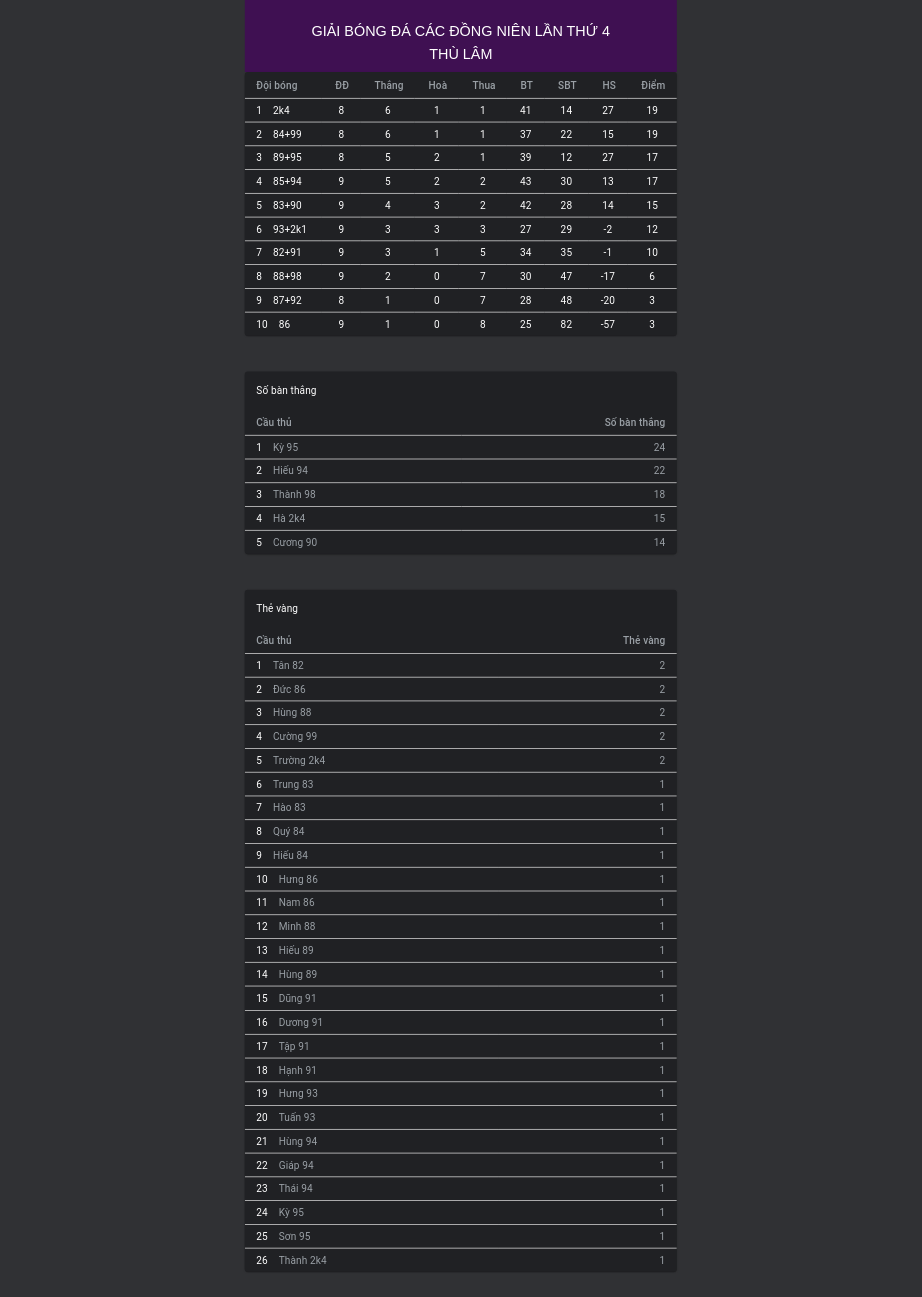
Repository: tuan842001/thulam
Page: /
An editor plug-in stored every save of this project. The page is shown before and after the next save, followed by the edit.
The browser window is 1280 px wide. The pictures show the whole page, at 72% of full size.
The project was rebuilt for these pictures with package versions that can differ from the ones it lists, and the page was loaded fresh each time.

Above is the page before, as saved 2022-01-11 15:51:01.

### public/index.html
<!DOCTYPE html>
<html lang="en">
  <head>
    <meta charset="utf-8" />
    <link rel="icon" href="%PUBLIC_URL%/favicon.ico" />
    <meta name="viewport" content="width=device-width, initial-scale=1" />
    <meta name="theme-color" content="#000000" />
    <meta
      name="description"
      content="Web site created using create-react-app"
    />

    <link href="https://cdn.jsdelivr.net/npm/bootstrap@5.1.3/dist/css/bootstrap.min.css" rel="stylesheet" integrity="sha384-1BmE4kWBq78iYhFldvKuhfTAU6auU8tT94WrHftjDbrCEXSU1oBoqyl2QvZ6jIW3" crossorigin="anonymous">
<script src="https://cdn.jsdelivr.net/npm/bootstrap@5.1.3/dist/js/bootstrap.bundle.min.js" integrity="sha384-ka7Sk0Gln4gmtz2MlQnikT1wXgYsOg+OMhuP+IlRH9sENBO0LRn5q+8nbTov4+1p" crossorigin="anonymous"></script>
    <title>GIẢI BÓNG ĐÁ CÁC ĐỒNG NIÊN THÙ LÂM</title>
  </head>
  <body>
    <noscript>You need to enable JavaScript to run this app.</noscript>
    <div id="root"></div>

  </body>
</html>

### src/App.js
import "./App.css";
import { Header } from "./components/header/Header";
import Card from "./pages/card/Card";
import Statistical from "./pages/statistical/Statistical";
import UserList from "./pages/userList/UserList";

function App() {
  return (
    <div className="App" style={{ height: "102%" }}>
      <Header />
      <UserList />
      <Statistical />
      <Card />
    </div>
  );
}

export default App;

### src/App.css
body {
  margin: 0;
  font-family: 'Montserrat', sans-serif;
  background-color: #303134;
  display: flex;
  justify-content: center;
}

* {
  margin: 0;
}

@media screen and (max-width: 480px) {
  body {
    justify-content: normal;
  }
}

### src/components/header/Header.jsx
import * as React from "react";
import "./header.css";

export const Header = () => {
  return (
    <div className="header">
      <h4>GIẢI BÓNG ĐÁ CÁC ĐỒNG NIÊN LẦN THỨ 4</h4>
      <h3>THÙ LÂM</h3>
    </div>
  );
};

### src/pages/card/Card.jsx
import * as React from "react";
import Table from "@mui/material/Table";
import TableBody from "@mui/material/TableBody";
import TableCell from "@mui/material/TableCell";
import TableContainer from "@mui/material/TableContainer";
import TableHead from "@mui/material/TableHead";
import TableRow from "@mui/material/TableRow";
import Paper from "@mui/material/Paper";

function createData(order, name, goal) {
  return {
    order,
    name,
    goal,
  };
}

const rows = [
  createData(1, "Tân 82", 2),
  createData(2, "Đức 86", 2),
  createData(3, "Hùng 88", 2),
  createData(4, "Cường 99", 2),
  createData(5, "Trường 2k4", 2),
  createData(6, "Trung 83", 1),
  createData(7, "Hào 83", 1),
  createData(8, "Quý 84", 1),
  createData(9, "Hiếu 84", 1),
  createData(10, "Hưng 86", 1),
  createData(11, "Nam 86", 1),
  createData(12, "Minh 88", 1),
  createData(13, "Hiếu 89", 1),
  createData(14, "Hùng 89", 1),
  createData(15, "Dũng 91", 1),
  createData(16, "Dương 91", 1),
  createData(17, "Tập 91", 1),
  createData(18, "Hạnh 91", 1),
  createData(19, "Hưng 93", 1),
  createData(20, "Tuấn 93", 1),
  createData(21, "Hùng 94", 1),
  createData(22, "Giáp 94", 1),
  createData(23, "Thái 94", 1),
  createData(24, "Kỳ 95", 1),
  createData(25, "Sơn 95", 1),
  createData(26, "Thành 2k4", 1),
];

export default function Card() {
  return (
    <TableContainer
      component={Paper}
      style={{ backgroundColor: "#202124", color: "#FFFF", marginTop: "50px" }}
    >
      <TableCell style={{ color: "#FFFF", borderBottom: "none" }} align="right">
        Thẻ vàng
      </TableCell>
      <Table sx={{ minWidth: 600 }} size="small" aria-label="a dense table">
        <TableHead>
          <TableRow>
            <TableCell style={{ color: "#9aa0a6" }}>Cầu thủ</TableCell>
            <TableCell style={{ color: "#9aa0a6" }} align="right">
              Thẻ vàng
            </TableCell>
          </TableRow>
        </TableHead>
        <TableBody>
          {rows.map((row) => (
            <TableRow
              key={row.name}
              sx={{ "&:last-child td, &:last-child th": { border: 0 } }}
            >
              <TableCell
                component="th"
                scope="row"
                style={{ color: "#9aa0a6" }}
              >
                <span
                  style={{
                    color: "#fff",
                    marginRight: "15px",
                    textAlign: "center",
                  }}
                  align="center"
                >
                  {row.order}
                </span>
                {row.name}
              </TableCell>
              <TableCell style={{ color: "#9aa0a6" }} align="right">
                {row.goal}
              </TableCell>
            </TableRow>
          ))}
        </TableBody>
      </Table>
    </TableContainer>
  );
}

### src/pages/statistical/Statistical.jsx
import * as React from "react";
import Table from "@mui/material/Table";
import TableBody from "@mui/material/TableBody";
import TableCell from "@mui/material/TableCell";
import TableContainer from "@mui/material/TableContainer";
import TableHead from "@mui/material/TableHead";
import TableRow from "@mui/material/TableRow";
import Paper from "@mui/material/Paper";

function createData(order, name, goal) {
  return {
    order,
    name,
    goal,
  };
}

const rows = [
  createData(1, "Kỳ 95", 24),
  createData(2, "Hiếu 94", 22),
  createData(3, "Thành 98", 18),
  createData(4, "Hà 2k4", 15),
  createData(5, "Cương 90", 14),
];

export default function Statistical() {
  return (
    <TableContainer
      component={Paper}
      style={{ backgroundColor: "#202124", color: "#FFFF", marginTop: "50px" }}
    >
      <TableCell style={{ color: "#FFFF", borderBottom: "none" }} align="right">
        Số bàn thắng
      </TableCell>
      <Table sx={{ minWidth: 600 }} size="small" aria-label="a dense table">
        <TableHead>
          <TableRow>
            <TableCell style={{ color: "#9aa0a6" }}>Cầu thủ</TableCell>
            <TableCell style={{ color: "#9aa0a6" }} align="right">
              Số bàn thắng
            </TableCell>
          </TableRow>
        </TableHead>
        <TableBody>
          {rows.map((row) => (
            <TableRow
              key={row.name}
              sx={{ "&:last-child td, &:last-child th": { border: 0 } }}
            >
              <TableCell
                component="th"
                scope="row"
                style={{ color: "#9aa0a6" }}
              >
                <span
                  style={{
                    color: "#FFFF",
                    marginRight: "15px",
                    textAlign: "center",
                  }}
                  align="center"
                >
                  {row.order}
                </span>
                {row.name}
              </TableCell>
              <TableCell style={{ color: "#9aa0a6" }} align="right">
                {row.goal}
              </TableCell>
            </TableRow>
          ))}
        </TableBody>
      </Table>
    </TableContainer>
  );
}

### src/pages/userList/UserList.jsx
import * as React from "react";
import Table from "@mui/material/Table";
import TableBody from "@mui/material/TableBody";
import TableCell from "@mui/material/TableCell";
import TableContainer from "@mui/material/TableContainer";
import TableHead from "@mui/material/TableHead";
import TableRow from "@mui/material/TableRow";
import Paper from "@mui/material/Paper";

function createData(
  order,
  name,
  fought,
  win,
  draw,
  lose,
  goal,
  goals,
  difference,
  protein
) {
  return {
    order,
    name,
    fought,
    win,
    draw,
    lose,
    goal,
    goals,
    difference,
    protein,
  };
}

const rows = [
  createData(1, "2k4", 8, 6, 1, 1, 41, 14, 27, 19),
  createData(2, "84+99", 8, 6, 1, 1, 37, 22, 15, 19),
  createData(3, "89+95", 8, 5, 2, 1, 39, 12, 27, 17),
  createData(4, "85+94", 9, 5, 2, 2, 43, 30, 13, 17),
  createData(5, "83+90", 9, 4, 3, 2, 42, 28, 14, 15),
  createData(6, "93+2k1", 9, 3, 3, 3, 27, 29, -2, 12),
  createData(7, "82+91", 9, 3, 1, 5, 34, 35, -1, 10),
  createData(8, "88+98", 9, 2, 0, 7, 30, 47, -17, 6),
  createData(9, "87+92", 8, 1, 0, 7, 28, 48, -20, 3),
  createData(10, "86", 9, 1, 0, 8, 25, 82, -57, 3),
];

export default function UserList() {
  return (
    <TableContainer
      component={Paper}
      style={{ backgroundColor: "#202124", color: "#FFFF" }}
    >
      <Table sx={{ minWidth: 600 }} size="small" aria-label="a dense table">
        <TableHead>
          <TableRow>
            <TableCell style={{ color: "#9aa0a6" }}>Đội bóng</TableCell>
            <TableCell style={{ color: "#9aa0a6" }} align="right">
              ĐĐ
            </TableCell>
            <TableCell style={{ color: "#9aa0a6" }} align="right">
              Thắng
            </TableCell>
            <TableCell style={{ color: "#9aa0a6" }} align="right">
              Hoà
            </TableCell>
            <TableCell style={{ color: "#9aa0a6" }} align="right">
              Thua
            </TableCell>
            <TableCell style={{ color: "#9aa0a6" }} align="right">
              BT
            </TableCell>
            <TableCell style={{ color: "#9aa0a6" }} align="right">
              SBT
            </TableCell>
            <TableCell style={{ color: "#9aa0a6" }} align="right">
              HS
            </TableCell>
            <TableCell style={{ color: "#9aa0a6" }} align="right">
              Điểm
            </TableCell>
          </TableRow>
        </TableHead>
        <TableBody>
          {rows.map((row) => (
            <TableRow
              key={row.name}
              sx={{ "&:last-child td, &:last-child th": { border: 0 } }}
            >
              <TableCell component="th" scope="row" style={{ color: "#FFFF" }}>
                <span
                  style={{
                    color: "#FFFF",
                    marginRight: "15px",
                    textAlign: "center",
                  }}
                  align="center"
                >
                  {row.order}
                </span>

                {row.name}
              </TableCell>
              <TableCell style={{ color: "#FFFF" }} align="center">
                {row.fought}
              </TableCell>
              <TableCell style={{ color: "#FFFF" }} align="center">
                {row.win}
              </TableCell>
              <TableCell style={{ color: "#FFFF" }} align="center">
                {row.draw}
              </TableCell>
              <TableCell style={{ color: "#FFFF" }} align="center">
                {row.lose}
              </TableCell>
              <TableCell style={{ color: "#FFFF" }} align="center">
                {row.goal}
              </TableCell>
              <TableCell style={{ color: "#FFFF" }} align="center">
                {row.goals}
              </TableCell>
              <TableCell style={{ color: "#FFFF" }} align="center">
                {row.difference}
              </TableCell>
              <TableCell style={{ color: "#FFFF" }} align="center">
                {row.protein}
              </TableCell>
            </TableRow>
          ))}
        </TableBody>
      </Table>
    </TableContainer>
  );
}

### src/components/header/header.css
.header {
    background: #3F1052;
    height: 100px;
    width: 600px;
    text-align: center;
    color: #fff;
    display: flex;
    align-content: center;
    flex-direction: column;
    justify-content: center;
    padding-top: 25px;
}

.header h4 {
    font-size: 20px;
}

.header h3 {
    font-size: 20px;
}

Loaded but not shown: src/index.js (common file)

After the next save:
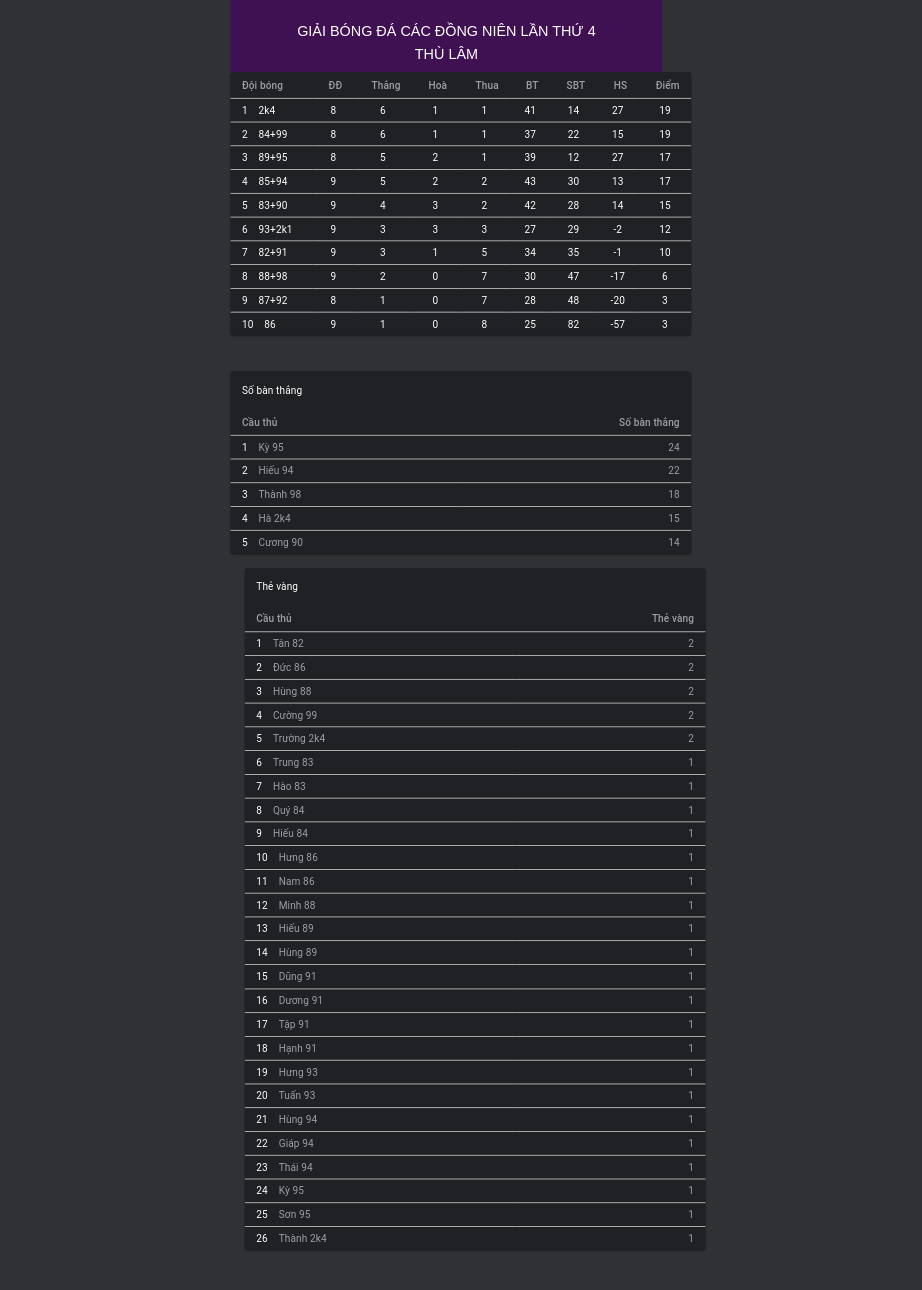
Saved 83 s later.
--- a/src/pages/card/Card.jsx
+++ b/src/pages/card/Card.jsx
@@ -48,7 +48,7 @@ export default function Card() {
   return (
     <TableContainer
       component={Paper}
-      style={{ backgroundColor: "#202124", color: "#FFFF", marginTop: "50px" }}
+      style={{ backgroundColor: "#202124", color: "#FFFF", margin: "20px" }}
     >
       <TableCell style={{ color: "#FFFF", borderBottom: "none" }} align="right">
         Thẻ vàng
